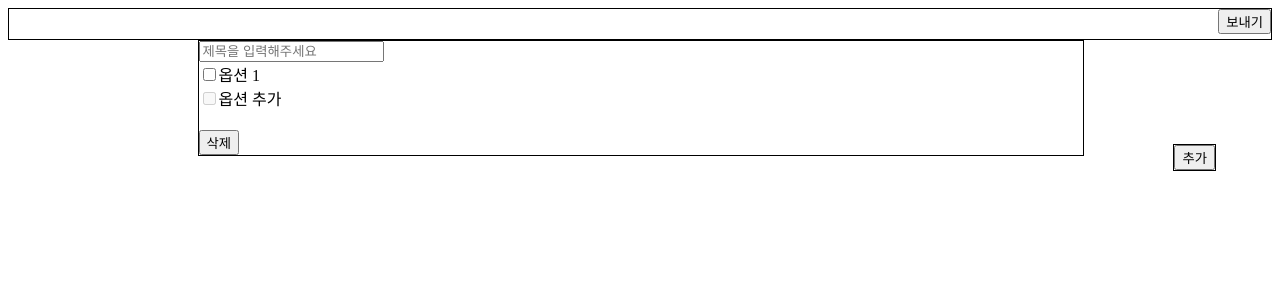
Repository: binigy97/VoteStie
Page: voteWeb/src/main/webapp/index.html
The author's editor kept a copy of each file at every save. The page is drawn from the files as they stood at one save, then again after the next save.
The browser window is 1280 px wide. The pictures show the whole page.

Above is the page before, as saved 2022-03-02 14:08:02.

### voteWeb/src/main/webapp/index.html
<!DOCTYPE html>
<html lang="ko">
<head>
<meta charset="UTF-8">
<title>투표 사이트</title>
</head>
<style>
header {
	height: 30px;
	border: 1px solid black;
}
header > a {
	float: right;
}

section {
	width: 70%;
	margin: 0 auto;
}
article {
	border: 1px solid black;
}
section > article {
	width: 100%;
}
body > article {
	position: absolute;
	top: 20%;
	right: 5%;
}
div > label {
	display: block;
	color: black;
}
div > label:last-child {
	margin-bottom: 20px;
}
</style>
<body>
<!-- 헤더 -->
<header>
	<a href="/dist"><button>보내기</button></a>
</header>

<!-- 투표 내용 생성 -->
<section>
	<article>
		<input type="text" name="title" placeholder="제목을 입력해주세요">
		<div>
			<label><input type="checkbox" name="op1" value="옵션 1">옵션 1</label>
			<label><input type="checkbox" name="add_btn" value="옵션 추가" disabled>옵션 추가</label>
		</div>
		<div>
			<button>삭제</button>
		</div>
	</article>
</section>

<!-- 투표지 추가 -->
<article>
	<button>추가</button>
</article>
</body>
</html>

After the next save:
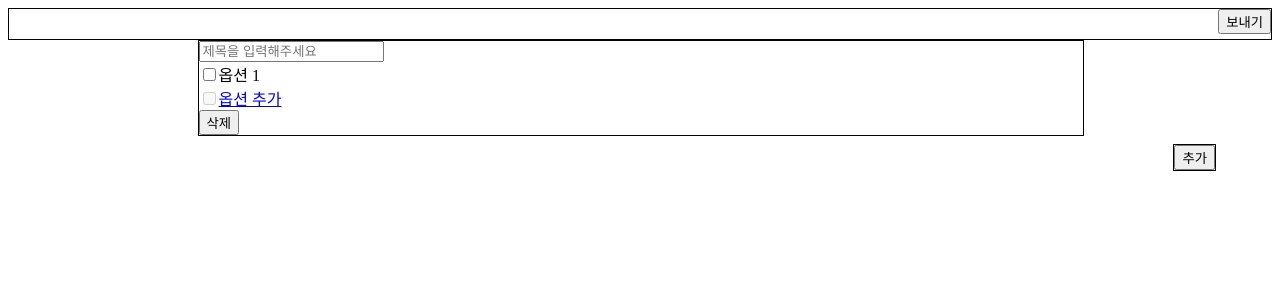
Saved 70 s later.
--- a/voteWeb/src/main/webapp/index.html
+++ b/voteWeb/src/main/webapp/index.html
@@ -48,7 +48,7 @@ div > label:last-child {
 		<input type="text" name="title" placeholder="제목을 입력해주세요">
 		<div>
 			<label><input type="checkbox" name="op1" value="옵션 1">옵션 1</label>
-			<label><input type="checkbox" name="add_btn" value="옵션 추가" disabled>옵션 추가</label>
+			<a href="add_btn"><label><input type="checkbox" name="add_btn" value="옵션 추가" disabled>옵션 추가</label></a>
 		</div>
 		<div>
 			<button>삭제</button>
